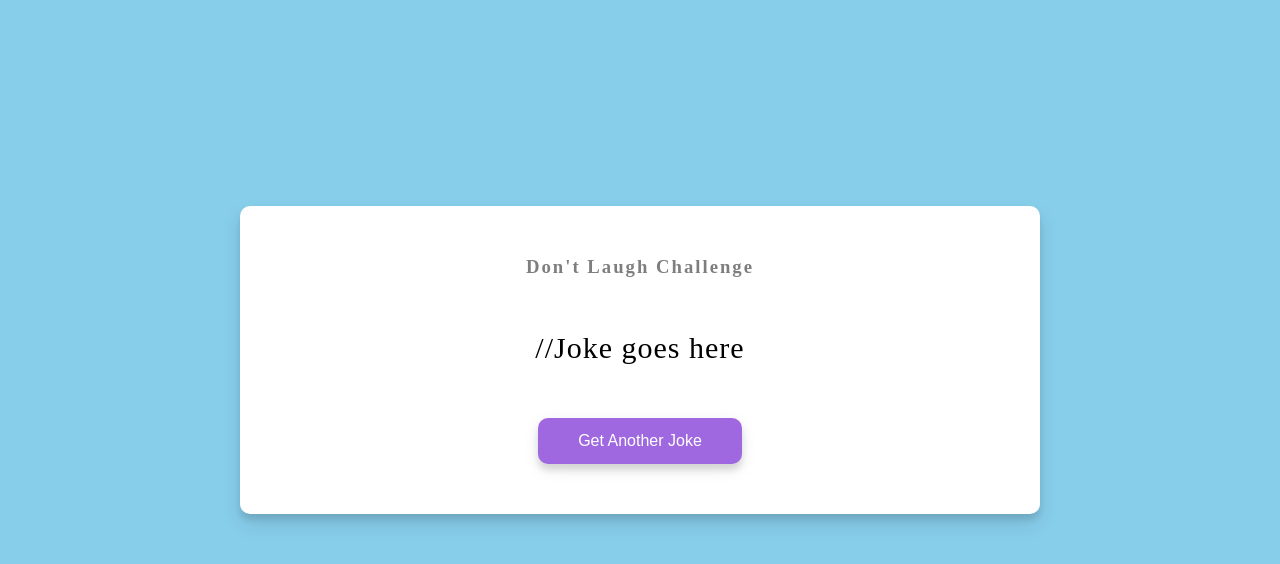
Repository: MMXiaohang/50projects50days-copy
Page: 10-dad-jokes/1-index.html
An editor plug-in stored every save of this project. The page is shown before and after the next save, followed by the edit.
The browser window is 1280 px wide. The pictures show the whole page.
The page's requests for data from a server got no answer.

Above is the page before, as saved 2022-07-13 00:14:11.

### 10-dad-jokes/1-index.html
<!DOCTYPE html>
<html lang="en">
<head>
    <meta charset="UTF-8">
    <meta http-equiv="X-UA-Compatible" content="IE=edge">
    <meta name="viewport" content="width=device-width, initial-scale=1.0">
    <link rel="stylesheet" href="./1-style.css">
    <title>Dad Jokes</title>
</head>
<body>
    <div class="container">
        <h3>Don't Laugh Challenge</h3>
        <div id="joke" class="joke"> //Joke goes here</div>
        <button id="jokeBtn" class="btn">Get Another Joke</button>
    </div>

    <script src="./1-script.js"></script>
</body>
</html>

### 10-dad-jokes/1-style.css
@import url('https://fonts.googleapis.com/css2?family=Roboto:wght@400;700&display=swap');


*{
    box-sizing: border-box;
    margin: 0;
}

body{
    background-color: skyblue;
    font-family: 'Roboto' sans-serif;
    display: flex;
    flex-direction: column;
    justify-content: center;
    align-items: center;
    height: 100vh;
    overflow: hidden;
    padding: 20px;
}

.container {
    background-color: #fff;
    border-radius: 10px;
    box-shadow: 0 10px 20px rgba(0, 0, 0, 0.1), 0 6px 6px rgba(0, 0, 0, 0.1);
    padding: 50px 20px;
    text-align: center;
    /* 指定元素的宽度不超过父元素的宽度， */
    max-width: 100%;
    width: 800px;
}

.container h3{
    opacity: 0.5;
    letter-spacing: 2px;
}


.joke {
    font-size: 30px;
    letter-spacing: 1px;
    line-height: 40px;
    margin: 50px auto;
    max-width: 600px;
}

.btn {
    background-color: #9f68e0;
    color: #fff;
    border: 0;
    border-radius: 10px;
    box-shadow: 0 5px 15px rgba(0, 0, 0, 0.1), 0 6px 6px rgba(0, 0, 0, 0.1);
    padding: 14px 40px;
    font-size: 16px;
    cursor: pointer;
}


.btn:active{
    transform: scale(0.98);
}

.btn:focus{
    outline: 0;
}

### 10-dad-jokes/1-script.js
const jokeEl = document.getElementById('joke')
const jokeBtn = document.getElementById('jokeBtn')

generateJoke()

jokeBtn.addEventListener('click', generateJoke)

async function generateJoke(){
    const config = {
        headers: {
            Accept: 'application/json',
        }
    }

    const res = await fetch('https://icanhazdadjoke.com', config);

    const data = await res.json();
    jokeEl.innerHTML = data.joke
}

After the next save:
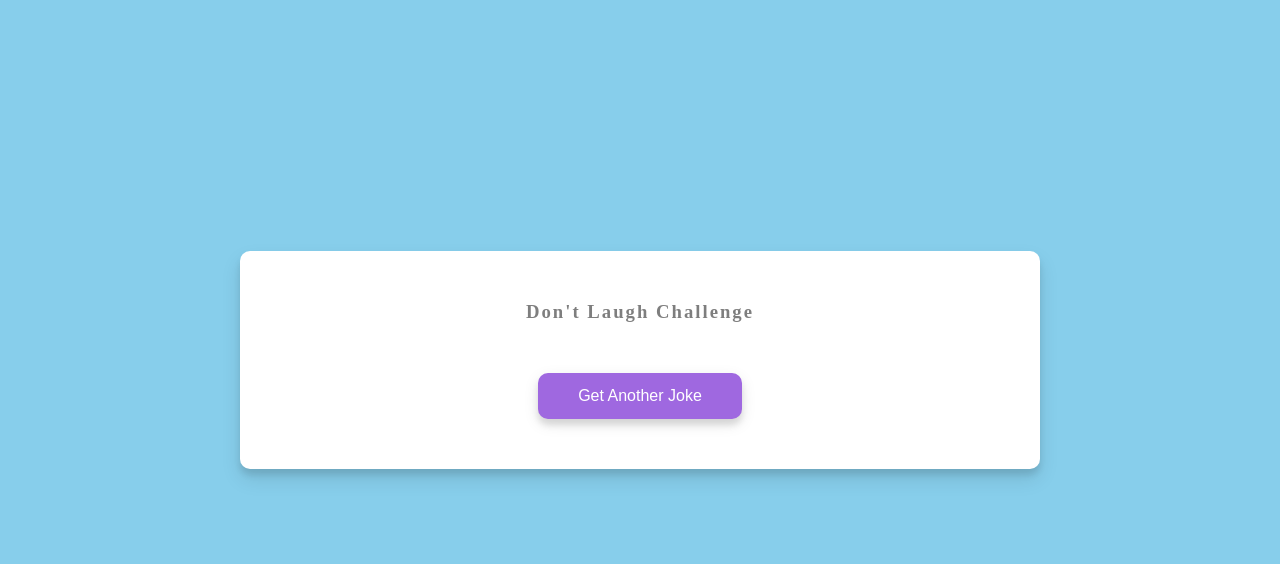
Saved 46 h 56 min later.
--- a/10-dad-jokes/1-index.html
+++ b/10-dad-jokes/1-index.html
@@ -10,7 +10,7 @@
 <body>
     <div class="container">
         <h3>Don't Laugh Challenge</h3>
-        <div id="joke" class="joke"> //Joke goes here</div>
+        <div id="joke" class="joke"></div>
         <button id="jokeBtn" class="btn">Get Another Joke</button>
     </div>
 

After the save that followed:
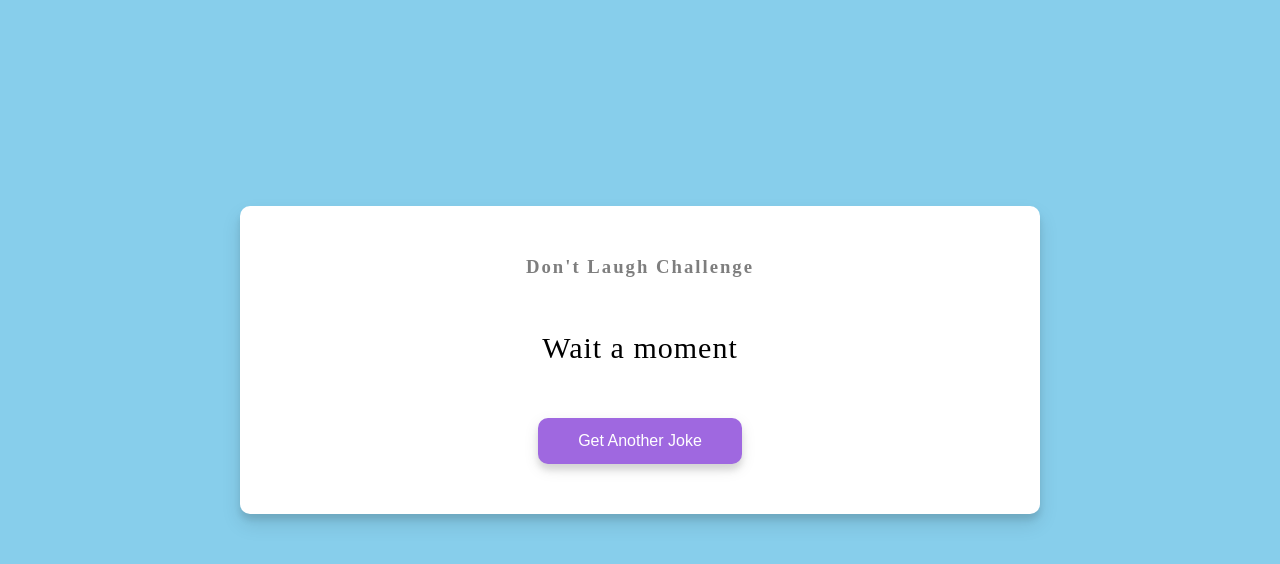
Saved 33 s later.
--- a/10-dad-jokes/1-index.html
+++ b/10-dad-jokes/1-index.html
@@ -10,7 +10,7 @@
 <body>
     <div class="container">
         <h3>Don't Laugh Challenge</h3>
-        <div id="joke" class="joke"></div>
+        <div id="joke" class="joke">Wait a moment</div>
         <button id="jokeBtn" class="btn">Get Another Joke</button>
     </div>
 
